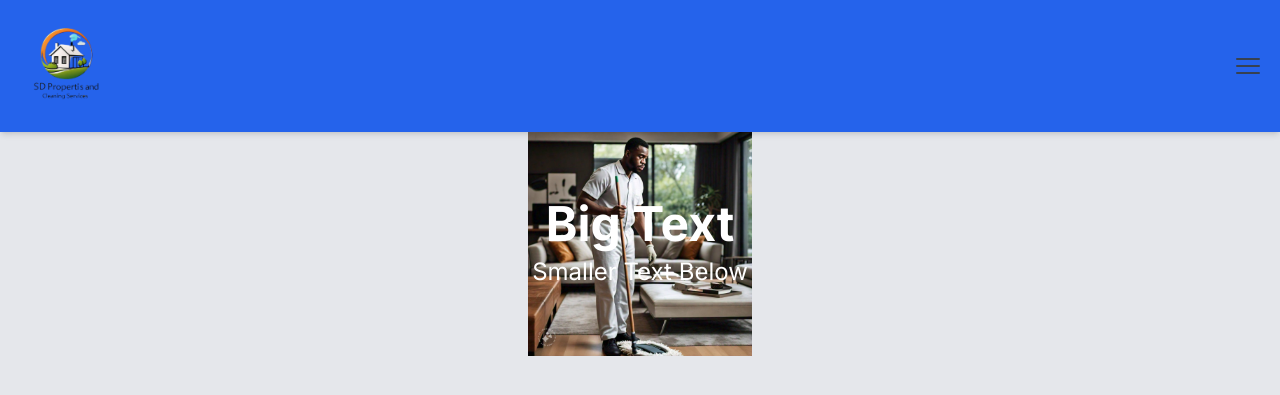
Repository: devmskhan/sdpropandclean
Page: /
The author's editor kept a copy of each file at every save. The page is drawn from the files as they stood at one save, then again after a run of saves.
The browser window is 1280 px wide. The pictures show the whole page.
The project was rebuilt for these pictures with package versions that can differ from the ones it lists, and the page was loaded fresh each time. The framework's server and built-in components were replaced by stand-ins that run in the browser. Also part of the build but not shown: next.config.mjs.

Above is the page before, as saved 2024-09-02 14:52:51.

After the next 3 saves:
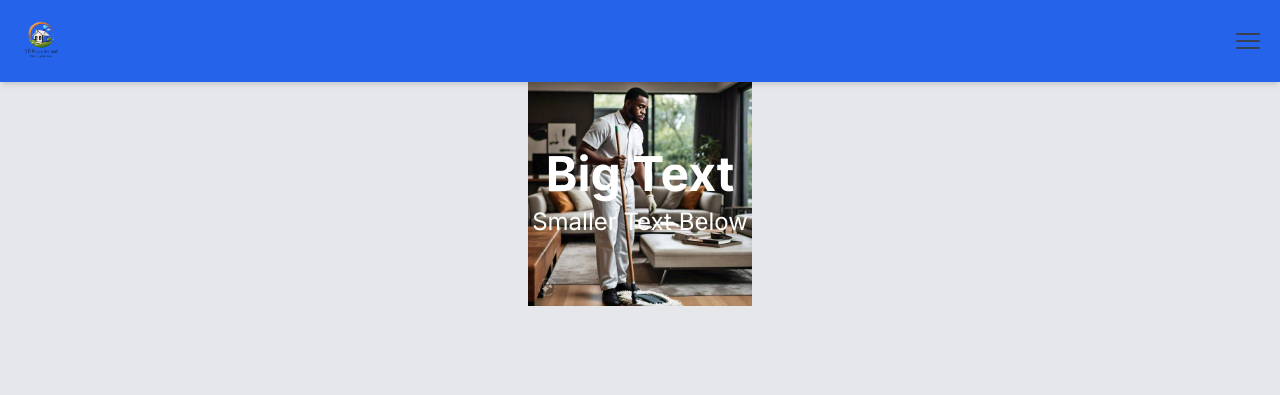
The 3 saves are shown as one change because they came seconds apart.
The last was saved 27 s later.
--- a/components/Header.tsx
+++ b/components/Header.tsx
@@ -10,7 +10,7 @@ function Header() {
         <Image
           src="/logo.png"
           alt="Logo"
-          width={100}
+          width={50}
           height={50}
           className="cursor-pointer"
         />
